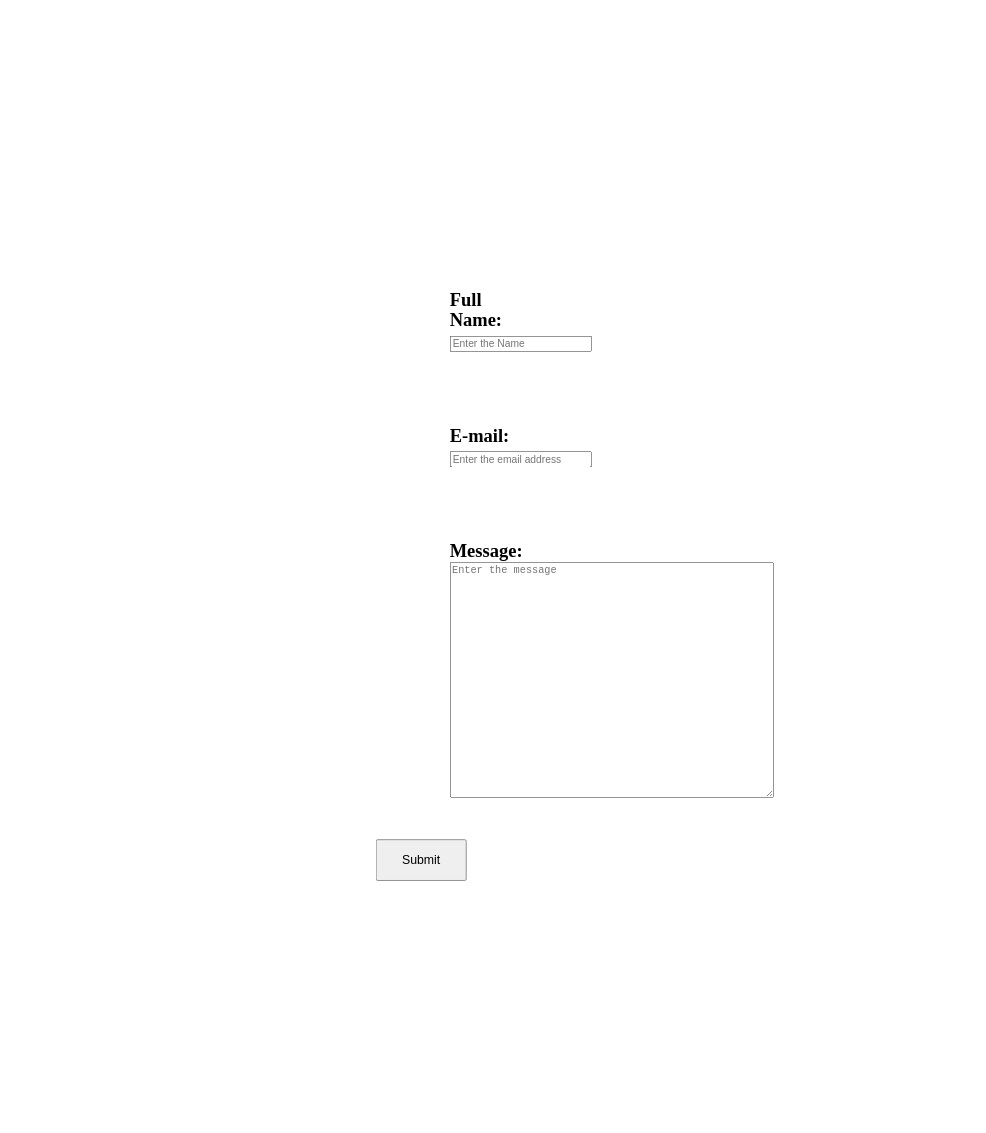
Repository: Shivamkr522/Contact_Us_Page
Page: http://localhost/ContactUs/contactus.jsp
The author's editor kept a copy of each file at every save. The page is drawn from the files as they stood at one save, then again after the next save.
The browser window is 1280 px wide. The pictures show the whole page, at 77% of full size.
The page is served by Tomcat 9.

Above is the page before, as saved 2022-12-10 09:20:20.

After the next save:
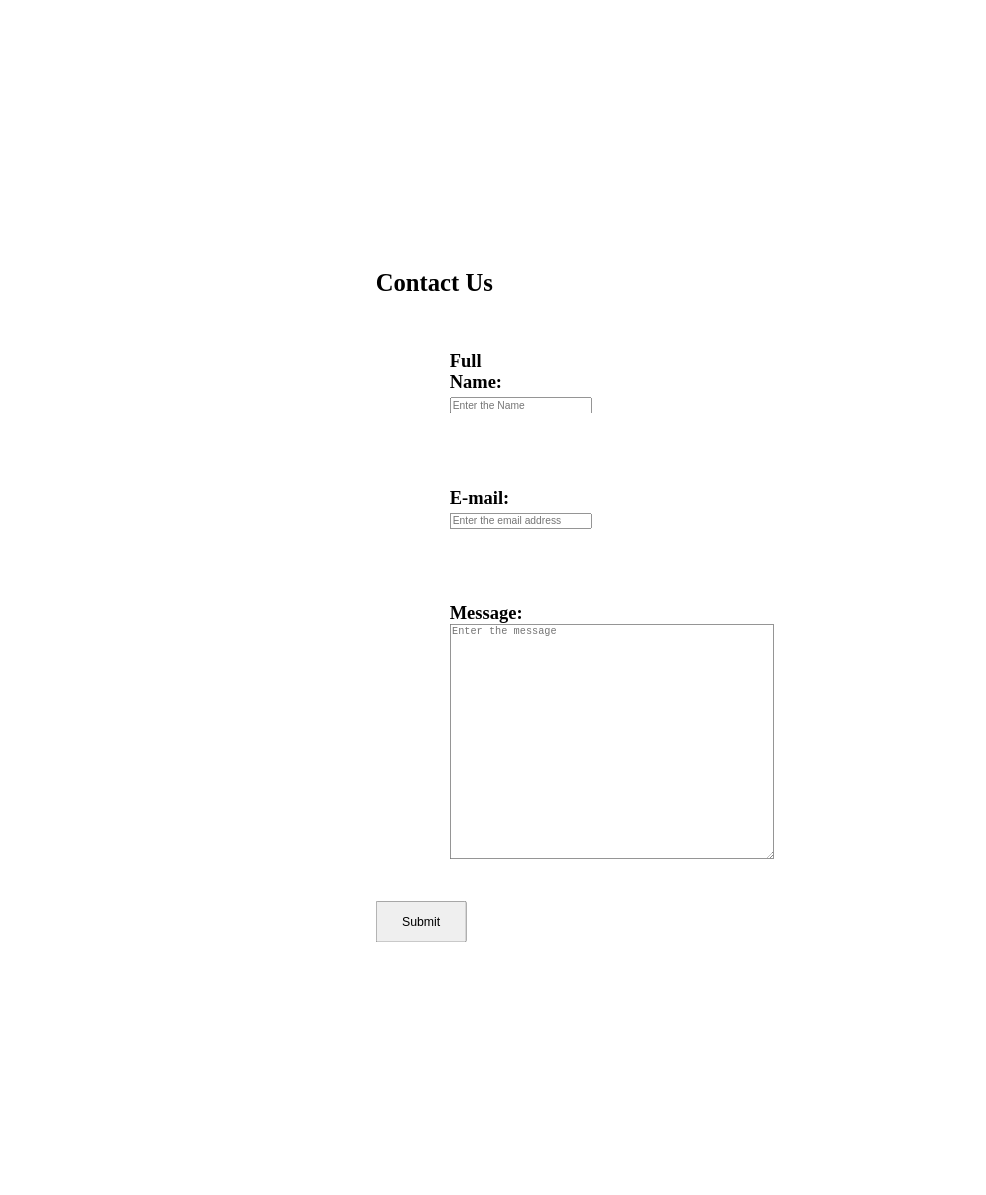
Saved 109 s later.
--- a/ContactUs/src/main/webapp/contactus.jsp
+++ b/ContactUs/src/main/webapp/contactus.jsp
@@ -9,19 +9,20 @@
 <body>
 
 	<div class="container" id="main-form">
+		<h1>Contact Us</h1>
 		<form action="contactus" method="post">
 			<div id="name">
 				<label><strong>Full Name:</strong></label><br>
-				<input type="text" id="fullName" name="fullName" placeholder="Enter the Name">
+				<input type="text" id="fullName" name="fullName" placeholder="Enter the Name" required>
 			</div>
 			<div id="email">
 				<label><strong>E-mail:</strong></label><br>
-				<input type="email" id="email-block" name="email" placeholder="Enter the email address">
+				<input type="email" id="email-block" name="email" placeholder="Enter the email address" required>
 			</div>
 			<div id="message">
 				<label><strong>Message:</strong></label>
 				<br>
-				<textarea rows="20" cols="50" name="message" id="message-block" placeholder="Enter the message"></textarea>
+				<textarea rows="20" cols="50" name="message" id="message-block" placeholder="Enter the message" required></textarea>
 			</div>
 			<div id="submit-button">
 				<input type="submit" id="submit" value="Submit">
